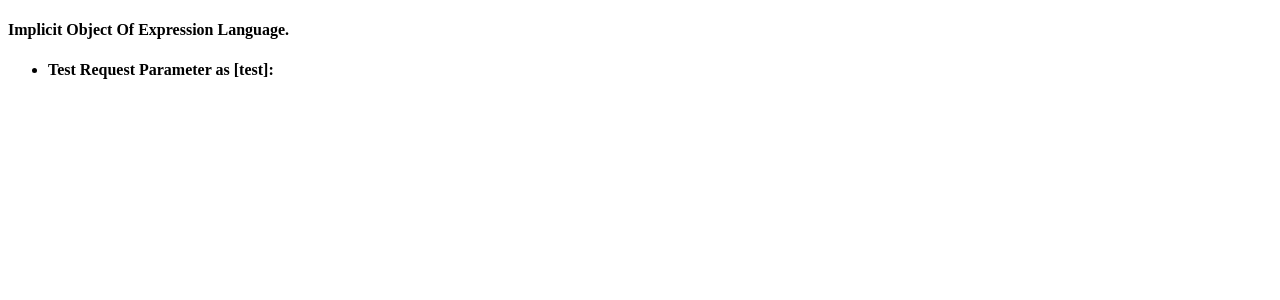
Repository: imrangthub/BlogUsingCoreJava
Page: http://localhost/StartingJsp_00/ExpressionLanguageOfJsp/implicitObjectOrBiltinObj.jsp
These files come from the project's save history. The page is drawn as it stood at one moment and after the next save; the edit follows.
The browser window is 1280 px wide. The pictures show the whole page.
The page is served by Tomcat 9. Other server files are loaded and not shown.

Above is the page before, as saved 2016-12-25 13:28:47.

### StartingJsp_00/WebContent/ExpressionLanguageOfJsp/implicitObjectOrBiltinObj.jsp
<%@ page language="java" contentType="text/html; charset=ISO-8859-1"
    pageEncoding="ISO-8859-1"%>
<!DOCTYPE html PUBLIC "-//W3C//DTD HTML 4.01 Transitional//EN" "http://www.w3.org/TR/html4/loose.dtd">
<html>
<head>
<meta http-equiv="Content-Type" content="text/html; charset=ISO-8859-1">
<title>ImplicitObj</title>
</head>
<body>

<h4>Implicit Object Of Expression Language.</h4>

 <ul>
 <li><b>Test Request Parameter as [test]: </b> ${param.test }</li>
 </ul>

</body>
</html>

After the next save:
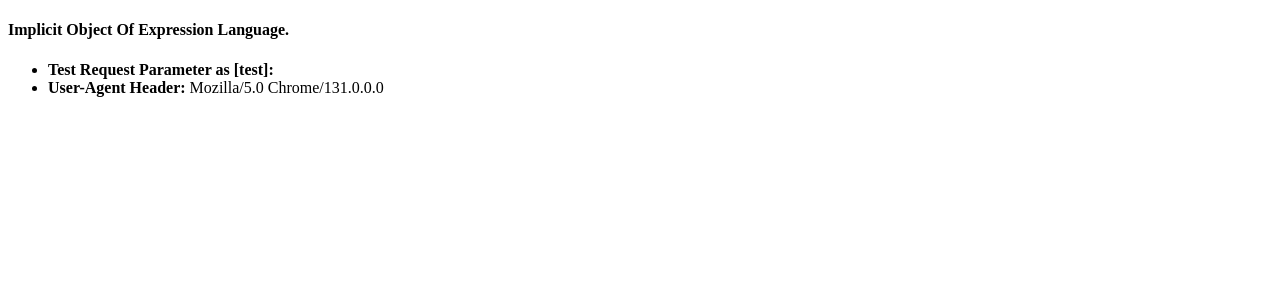
Saved 3 min 26 s later.
--- a/StartingJsp_00/WebContent/ExpressionLanguageOfJsp/implicitObjectOrBiltinObj.jsp
+++ b/StartingJsp_00/WebContent/ExpressionLanguageOfJsp/implicitObjectOrBiltinObj.jsp
@@ -12,6 +12,7 @@
 
  <ul>
  <li><b>Test Request Parameter as [test]: </b> ${param.test }</li>
+ <li><b>User-Agent Header: </b> ${ header["User-Agent"] }</li>
  </ul>
 
 </body>
